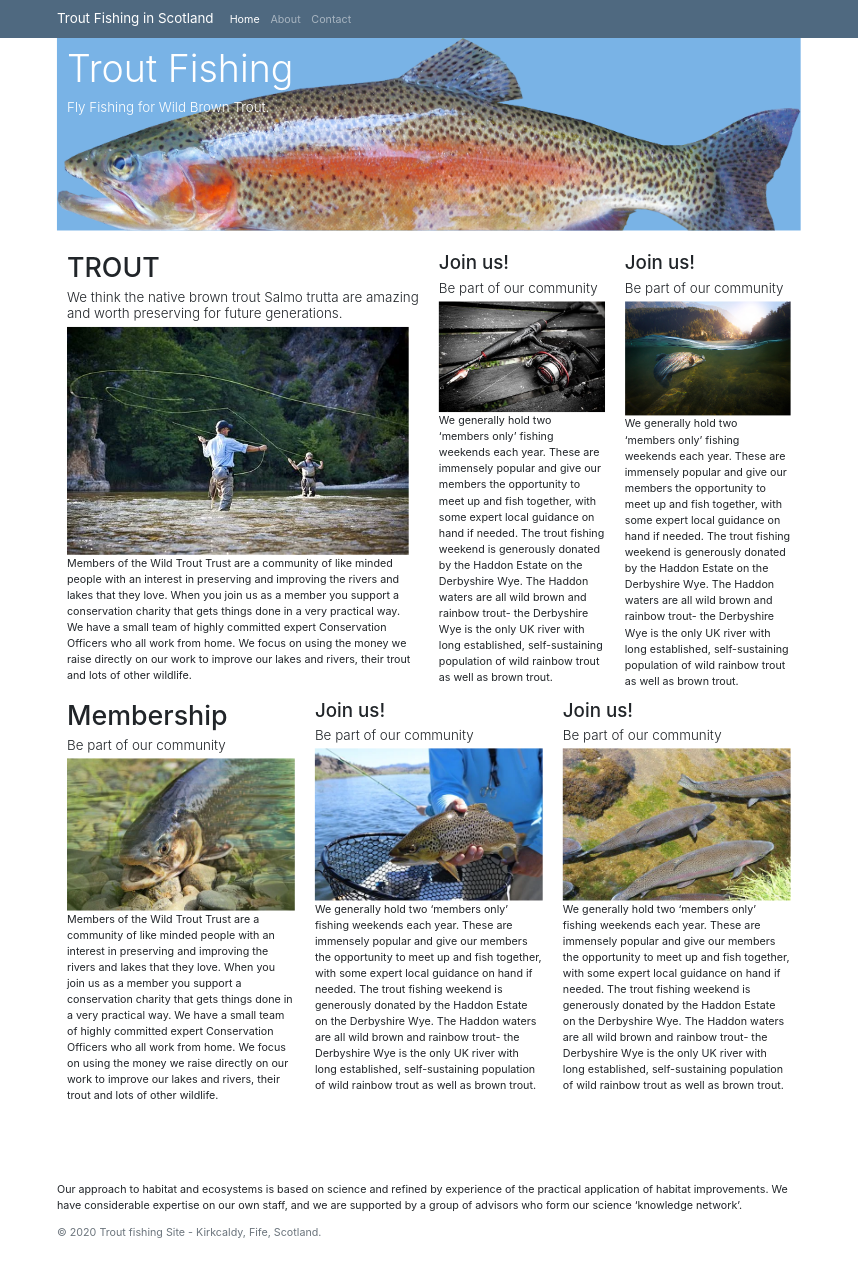
Repository: adrian9211/College_project
Page: index.html
An editor plug-in stored every save of this project. The page is shown before and after the next save, followed by the edit.
The browser window is 1280 px wide. The pictures show the whole page, at 67% of full size.

Above is the page before, as saved 2020-11-04 10:37:58.

After the next save:
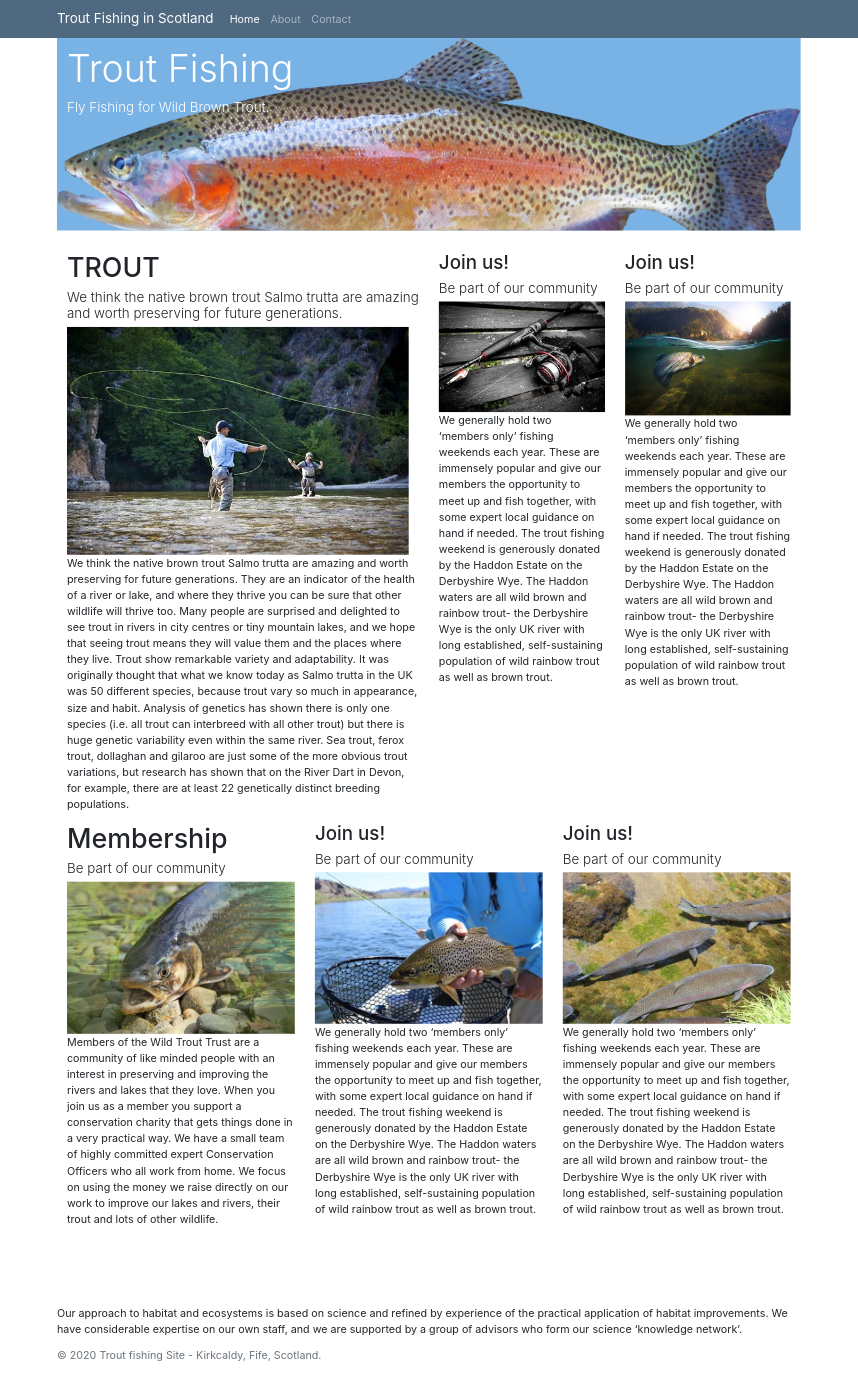
Saved 20 s later.
--- a/index.html
+++ b/index.html
@@ -54,7 +54,11 @@
             </h1>
             <h2 class="lead">We think the native brown trout Salmo trutta are amazing and worth preserving for future generations.</h2>
             <img src="img/fishing-rod-5372267__340.webp" alt="angler" class="img-fluid">
-            <p>Members of the Wild Trout Trust are a community of like minded people with an interest in preserving and improving the rivers and lakes that they love. When you join us as a member you support a conservation charity that gets things done in a very practical way. We have a small team of highly committed expert Conservation Officers who all work from home. We focus on using the money we raise directly on our work to improve our lakes and rivers, their trout and lots of other wildlife. </p>
+            <p>We think the native brown trout Salmo trutta are amazing and worth preserving for future generations.
+
+              They are an indicator of the health of a river or lake, and where they thrive you can be sure that other wildlife will thrive too. Many people are surprised and delighted to see trout in rivers in city centres or tiny mountain lakes, and we hope that seeing trout means they will value them and the places where they live.
+
+              Trout show remarkable variety and adaptability. It was originally thought that what we know today as Salmo trutta in the UK was 50 different species, because trout vary so much in appearance, size and habit. Analysis of genetics has shown there is only one species (i.e. all trout can interbreed with all other trout) but there is huge genetic variability even within the same river. Sea trout, ferox trout, dollaghan and gilaroo are just some of the more obvious trout variations, but research has shown that on the River Dart in Devon, for example, there are at least 22 genetically distinct breeding populations. </p>
           </div>
           <div class="col-sm-3">
             <h3>
